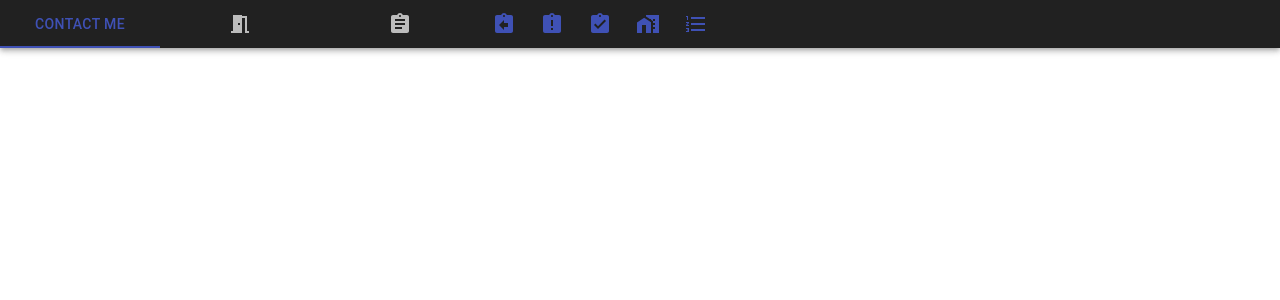
Repository: hossamsulleman1/CONTACTME
Page: / (app in my-app/)
These files come from the project's save history. The page is drawn as it stood at one moment and after the next save; the edit follows.
The browser window is 1280 px wide. The pictures show the whole page.
The project was rebuilt for these pictures with package versions that can differ from the ones it lists, and the page was loaded fresh each time. Also part of the build but not shown: my-app/src/Components/PageProp.jsx, my-app/src/Components/ProfileFolder/FriendsAvatarList.jsx, my-app/src/Components/ProfileFolder/Content.jsx, my-app/src/Components/Preview.jsx, my-app/src/Components/BottomNav.jsx.

Above is the page before, as saved 2020-11-09 10:59:33.

### my-app/src/App.js
import "./App.css";
import IconNav from "./Components/IconNav";
import { createMuiTheme, ThemeProvider } from "@material-ui/core/styles";

const theme = createMuiTheme({
  palette: {
    type: "dark",
  },
});

function App() {
  return (
    <ThemeProvider theme={theme}>
      <IconNav></IconNav>
    </ThemeProvider>
  );
}

export default App;

### my-app/src/App.css
.App {
  text-align: center;
}

.floatRight {
  float: right;
}

.flexbox {
 display: flex;
}

.App-logo {
  height: 40vmin;
  pointer-events: none;
}

@media (prefers-reduced-motion: no-preference) {
  .App-logo {
    animation: App-logo-spin infinite 20s linear;
  }
}

.App-header {
  background-color: #282c34;
  min-height: 100vh;
  display: flex;
  flex-direction: column;
  align-items: center;
  justify-content: center;
  font-size: calc(10px + 2vmin);
  color: white;
}

.App-link {
  color: #61dafb;
}

@keyframes App-logo-spin {
  from {
    transform: rotate(0deg);
  }
  to {
    transform: rotate(360deg);
  }
}

### my-app/src/Components/IconNav.jsx
import React from "react";
import PropTypes from "prop-types";
import { makeStyles } from "@material-ui/core/styles";
import AppBar from "@material-ui/core/AppBar";
import Tabs from "@material-ui/core/Tabs";
import Tab from "@material-ui/core/Tab";
import Typography from "@material-ui/core/Typography";
import Box from "@material-ui/core/Box";
import PhoneIcon from "@material-ui/icons/Phone";
import PageProp from "./PageProp";
import Button from "@material-ui/core/Button";
import Content from "./ProfileFolder/Content";
import MeetingRoomIcon from "@material-ui/icons/MeetingRoom";
import HomeWorkIcon from "@material-ui/icons/HomeWork";
import IconButton from "@material-ui/core/IconButton";
import "../App.css";
import Preview from "./Preview";
import FormatListNumberedIcon from "@material-ui/icons/FormatListNumbered";
import AssignmentTurnedInIcon from "@material-ui/icons/AssignmentTurnedIn";
import AssignmentReturnIcon from "@material-ui/icons/AssignmentReturn";
import AssignmentLateIcon from "@material-ui/icons/AssignmentLate";
import AssignmentIcon from "@material-ui/icons/Assignment";
import BottomNav from "./BottomNav";
import SmsFailedIcon from '@material-ui/icons/SmsFailed';

function TabPanel(props) {
  const { children, value, index, ...other } = props;

  return (
    <div
      role="tabpanel"
      hidden={value !== index}
      id={`scrollable-auto-tabpanel-${index}`}
      aria-labelledby={`scrollable-auto-tab-${index}`}
      {...other}
    >
      {value === index && (
        <Box p={3}>
          <Typography>{children}</Typography>
        </Box>
      )}
    </div>
  );
}

TabPanel.propTypes = {
  children: PropTypes.node,
  index: PropTypes.any.isRequired,
  value: PropTypes.any.isRequired,
};

function a11yProps(index) {
  return {
    id: `scrollable-auto-tab-${index}`,
    "aria-controls": `scrollable-auto-tabpanel-${index}`,
  };
}

const useStyles = makeStyles((theme) => ({
  root: {
    flexGrow: 1,
    width: "100%",
    backgroundColor: theme.palette.background.paper,
  },
}));

export default function IconNav() {
  const classes = useStyles();
  const [value, setValue] = React.useState(0);

  const handleChange = (event, newValue) => {
    setValue(newValue);
  };

  return (
    <div className={classes.root}>
      <AppBar position="static" color="default">
        <Tabs
          value={value}
          onChange={handleChange}
          indicatorColor="primary"
          textColor="primary"
          variant="scrollable"
          scrollButtons="auto"
          aria-label="scrollable auto tabs example"
        >
          {/* <div className="floatRight">
            <IconButton
              aria-label="delete"
              href="https://semptiareact.web.app/"
            >
              <HomeWorkIcon></HomeWorkIcon>
            </IconButton>
          </div> */}
          {/* <Tab icon={<PhoneIcon />} label="ME" {...a11yProps(0)} />
          <Tab icon={<PhoneIcon />} label="Linked In" {...a11yProps(1)} /> */}
          {/* <Tab label="Facebook" {...a11yProps(2)} />
          <Tab label="Instagram" {...a11yProps(3)} />
          <Tab label="Snapchat" {...a11yProps(4)} /> */}
          <Tab label="CONTACT ME" {...a11yProps(5)} />
          <Tab icon={<MeetingRoomIcon />} {...a11yProps(6)} />
          <Tab icon={<AssignmentIcon />} {...a11yProps(6)} />

          <div className="flexbox">
            <div className="floatRight">
              <IconButton
                color="primary"
                aria-label="delete"
                href="https://semptiareact.web.app/"
              >
                <AssignmentReturnIcon />
                {/* GOES TO SEMPTIA TASK TRACKING PAGE  */}
              </IconButton>
            </div>
            <div className="floatRight">
              <IconButton
                color="primary"
                aria-label="delete"
                href="https://semptiareact.web.app/"
              >
                <AssignmentLateIcon />
                {/* GOES TO SEMPTIA TASK TRACKING PAGE  */}
              </IconButton>
            </div>
            <div className="floatRight">
              <IconButton
                color="primary"
                aria-label="delete"
                href="https://semptiareact.web.app/"
              >
                <AssignmentTurnedInIcon />
                {/* GOES TO SEMPTIA TASK TRACKING PAGE  */}
              </IconButton>
            </div>
            {/* these buttons can find info on task complete a task ect as a snackbar notif  */}
            <div className="floatRight">
              <IconButton
                color="primary"
                aria-label="delete"
                href="https://semptiareact.web.app/"
              >
                <HomeWorkIcon></HomeWorkIcon>
              </IconButton>
            </div>
            <div className="floatRight">
              <IconButton
                color="primary"
                aria-label="delete"
                href="https://semptiareact.web.app/"
              >
                <FormatListNumberedIcon></FormatListNumberedIcon>
                {/* GOES TO SEMPTIA TASK TRACKING PAGE  */}
              </IconButton>
            </div>
          </div>
        </Tabs>
      </AppBar>
      {/* <TabPanel value={value} index={0}>
        <Preview></Preview>
      </TabPanel>
      <TabPanel value={value} index={1}>
        <PageProp name="Linked In"></PageProp>
      </TabPanel>
      <TabPanel value={value} index={2}>
        <PageProp name="Facebook"></PageProp>
      </TabPanel>
      <TabPanel value={value} index={3}>
        <PageProp name="Instagram"></PageProp>
      </TabPanel> */}
      <TabPanel value={value} index={4}>
        Item Five
      </TabPanel>
      <TabPanel value={value} index={5}>
        <BottomNav></BottomNav>
      </TabPanel>
      <TabPanel value={value} index={6}>
        {/* make this just a icon thing and have it have a load screen sucess load and this unlocks door and shows stats about door ect not a tab  */}
      </TabPanel>
    </div>
  );
}

Loaded but not shown: my-app/public/index.html (common file); my-app/src/index.js (common file); my-app/src/index.css (common file); my-app/src/reportWebVitals.js (common file)

After the next save:
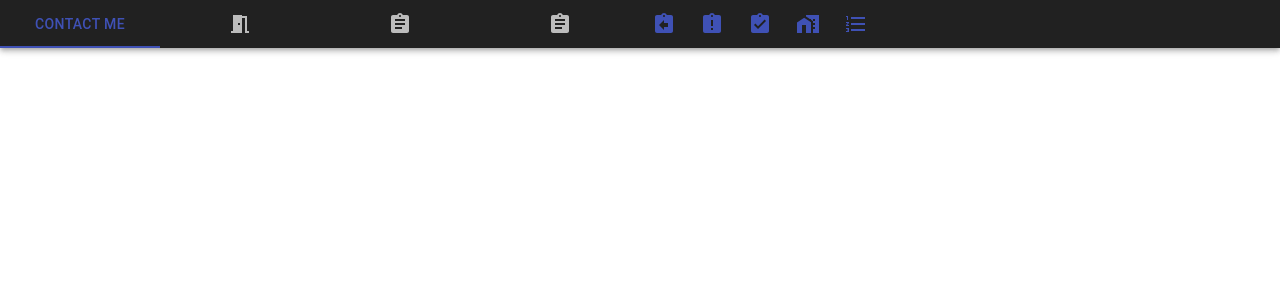
Saved 18 s later.
--- a/my-app/src/Components/IconNav.jsx
+++ b/my-app/src/Components/IconNav.jsx
@@ -100,6 +100,7 @@ export default function IconNav() {
           <Tab label="CONTACT ME" {...a11yProps(5)} />
           <Tab icon={<MeetingRoomIcon />} {...a11yProps(6)} />
           <Tab icon={<AssignmentIcon />} {...a11yProps(6)} />
+          <Tab icon={<AssignmentIcon />} {...a11yProps(6)} />
 
           <div className="flexbox">
             <div className="floatRight">
